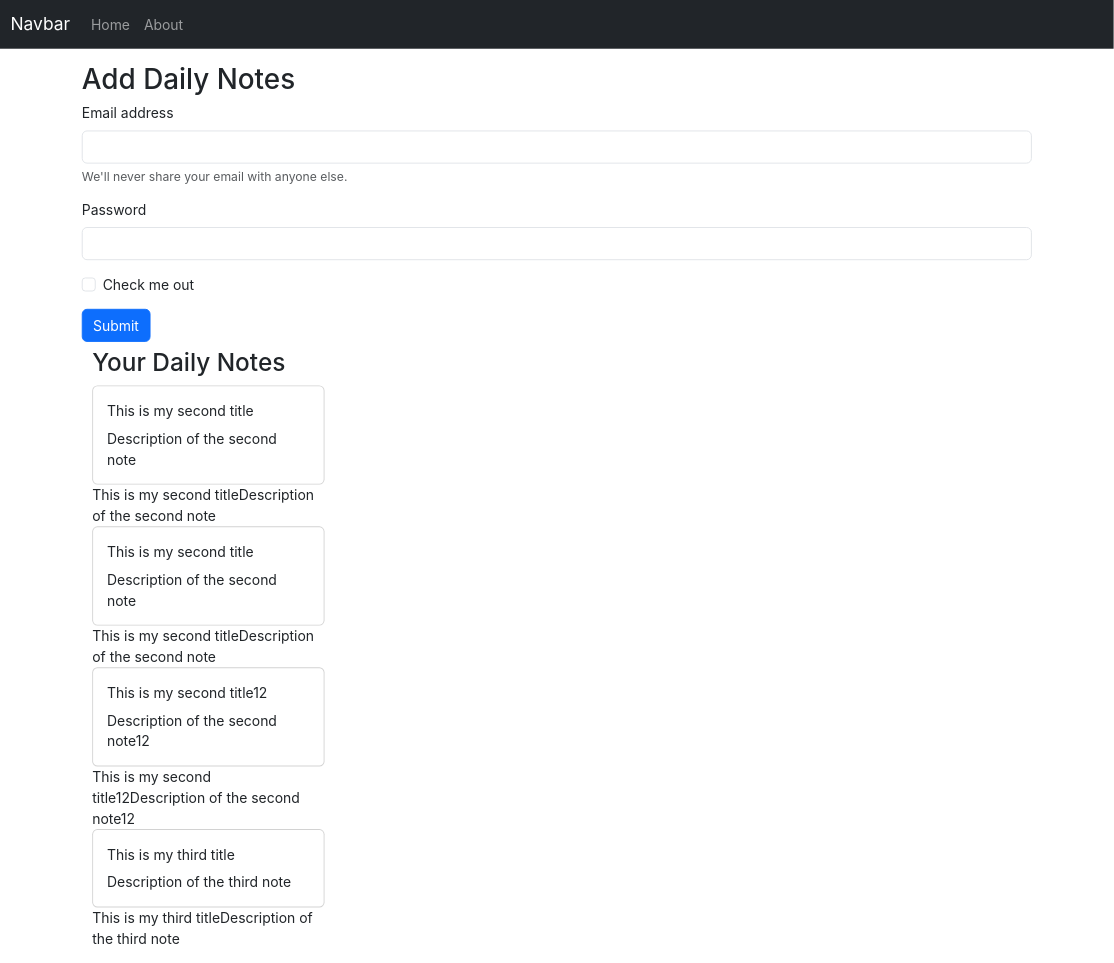
Repository: alphacode77/DailyNotes-react
Page: /
An editor plug-in stored every save of this project. The page is shown before and after the next save, followed by the edit.
The browser window is 1280 px wide. The pictures show the whole page, at 87% of full size.
The project was rebuilt for these pictures with package versions that can differ from the ones it lists, and the page was loaded fresh each time. Also part of the build but not shown: src/App.css, src/components/About.js.

Above is the page before, as saved 2023-02-25 00:34:15.

### src/App.js
import './App.css';
import Navbar from './components/Navbar';
import Home from './components/Home';
import About from './components/About';
import NoteState from './Context/Notes/NoteState';
import {
  BrowserRouter as Router,
  Route,
  Routes
} from "react-router-dom";

function App() {
  return (
    <>
    <NoteState>
    <Router>
      <Navbar/>
    <div className='container'>
    <Routes>
      <Route exact path="/" element={<Home/>} />
      <Route exact path="/home" element={<Home/>} />
      <Route exact path="/about" element={<About/>} />
      {/* <Route exactPath="/navbar" element={<Navbar/>} /> */}
    </Routes>
    </div>
  </Router>
  </NoteState>
    </>

  );
}

export default App;

### src/components/Navbar.js
import React, { useEffect }  from 'react'
import { Link , useLocation} from 'react-router-dom'

const Navbar = ()=>{
  let location = useLocation();
  useEffect(()=>{
console.log(location.pathname)
  },[location])
  return (
     <>
     <nav className="navbar navbar-expand-lg navbar-dark  bg-dark">
  <div className="container-fluid">
    <Link className="navbar-brand" to="/">Navbar</Link>
    <button className="navbar-toggler" type="button" data-bs-toggle="collapse" data-bs-target="#navbarSupportedContent" aria-controls="navbarSupportedContent" aria-expanded="false" aria-label="Toggle navigation">
      <span className="navbar-toggler-icon"></span>
    </button>
    <div className="collapse navbar-collapse" id="navbarSupportedContent">
      <ul className="navbar-nav me-auto mb-2 mb-lg-0">
        <li className="nav-item">
          <Link className={`nav-link  ${location.pathname==="/home"?"active":""}`} aria-current="page" to="/home">Home</Link>
        </li>
        <li className="nav-item">
          <Link className={`nav-link ${location.pathname==="/about"?"active":""}`} to="/about">About</Link>
        </li>
      </ul>
    </div>
  </div>
</nav>
     </>
    )
}

export default Navbar

### src/components/Home.js
import React from "react"
import Notes from "./Notes"

const Home =()=>{

    return(
        <>
        <div className="container my-3">
            <h2> Add Daily Notes</h2>
        <form className="my-2">
  <div class="mb-3">
    <label for="exampleInputEmail1" class="form-label">Email address</label>
    <input type="email" class="form-control" id="exampleInputEmail1" aria-describedby="emailHelp"/>
    <div id="emailHelp" class="form-text">We'll never share your email with anyone else.</div>
  </div>
  <div class="mb-3">
    <label for="exampleInputPassword1" class="form-label">Password</label>
    <input type="password" class="form-control" id="exampleInputPassword1"/>
  </div>
  <div class="mb-3 form-check">
    <input type="checkbox" class="form-check-input" id="exampleCheck1"/>
    <label class="form-check-label" for="exampleCheck1">Check me out</label>
  </div>
  <button type="submit" class="btn btn-primary">Submit</button>
</form>
<Notes/>
</div>

        </>
    )
}

export default Home

### src/Context/Notes/NoteState.js
import React,{useState} from "react";
import NoteContext from "./NoteContext"


const NoteState = (props)=>{
   const initalNotes= [
    {
      "_id": "63f3b6c7c686985aada677be",
      "user": "63f20b9a00ad623ad3d4dae2",
      "title": "This is my second title",
      "description": "Description of the second note",
      "tag": "demo check",
      "date": "2023-02-20T18:07:03.296Z",
      "__v": 0
    },
    {
      "_id": "63f3b892a3086ff244bcc267",
      "user": "63f20b9a00ad623ad3d4dae2",
      "title": "This is my second title",
      "description": "Description of the second note",
      "tag": "demo check",
      "date": "2023-02-20T18:14:42.184Z",
      "__v": 0
    },
    {
      "_id": "63f3b89ca3086ff244bcc26b",
      "user": "63f20b9a00ad623ad3d4dae2",
      "title": "This is my second title12",
      "description": "Description of the second note12",
      "tag": "demo check",
      "date": "2023-02-20T18:14:52.449Z",
      "__v": 0
    },
    {
      "_id": "63f49f58882156f0ed94969e",
      "user": "63f20b9a00ad623ad3d4dae2",
      "title": "This is my third title",
      "description": "Description of the third note",
      "tag": "personal",
      "date": "2023-02-21T10:39:20.800Z",
      "__v": 0
    }
  ]
  const [notes,setNotes]=useState(initalNotes)
    return (
        <NoteContext.Provider value={{notes,setNotes}}>
            {props.children}
        </NoteContext.Provider>

    )
}

export default NoteState;

### src/components/Notes.js
import React,{useContext} from 'react'
import NoteContext from '../Context/Notes/NoteContext'
import Noteitem from "./Noteitem"

function Notes() {
    const context=useContext(NoteContext)
    const{notes,setNotes} = context
  return (
<div className="container my-2">
    <h3>Your Daily Notes</h3>
    {notes.map((notes)=>{
        return <Noteitem note={notes}/>
    })}
</div>
  )
}

export default Notes

### src/Context/Notes/NoteContext.js
import {createContext} from 'react'

const NoteContext = createContext();

export default NoteContext;

### src/components/Noteitem.js
import React from 'react'

const Noteitem=(props)=> {
    const {note}=props
  return (
    <div className='col-md-3'>
        <div className='card'>
            <div className='card-body'>
                <div className='card-title'>{note.title}</div>
                    <div className='card-text'>{note.description}</div>

            </div>
        </div>
      {note.title}
      {note.description}
    </div>
  )
}

export default Noteitem

Loaded but not shown: public/index.html (common file); src/index.js (common file); src/index.css (common file)

After the next save:
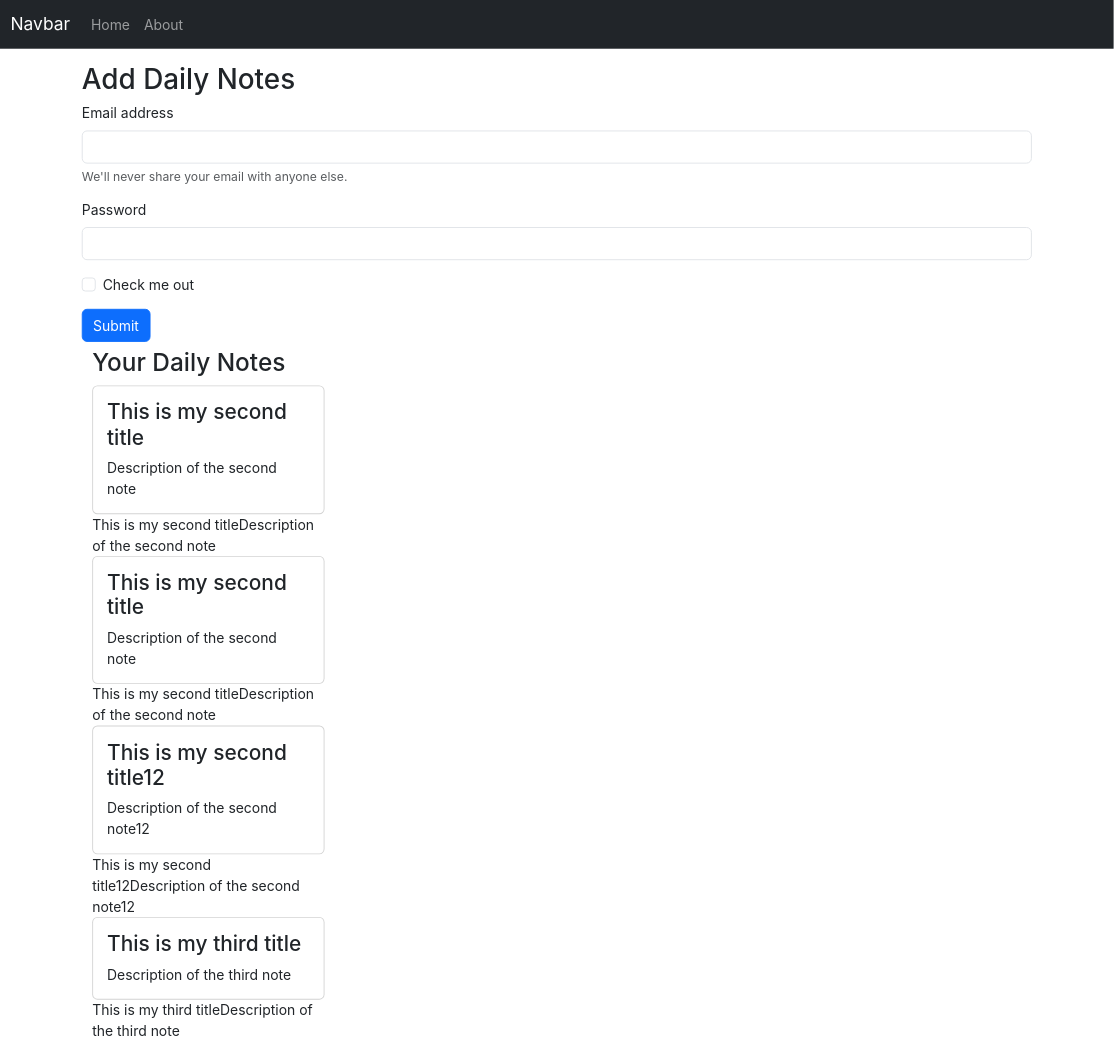
Saved 77 s later.
--- a/src/components/Noteitem.js
+++ b/src/components/Noteitem.js
@@ -6,8 +6,8 @@ const Noteitem=(props)=> {
     <div className='col-md-3'>
         <div className='card'>
             <div className='card-body'>
-                <div className='card-title'>{note.title}</div>
-                    <div className='card-text'>{note.description}</div>
+                <h4 className='card-title'>{note.title}</h4>
+                    <p className='card-text'>{note.description}</p>
 
             </div>
         </div>
